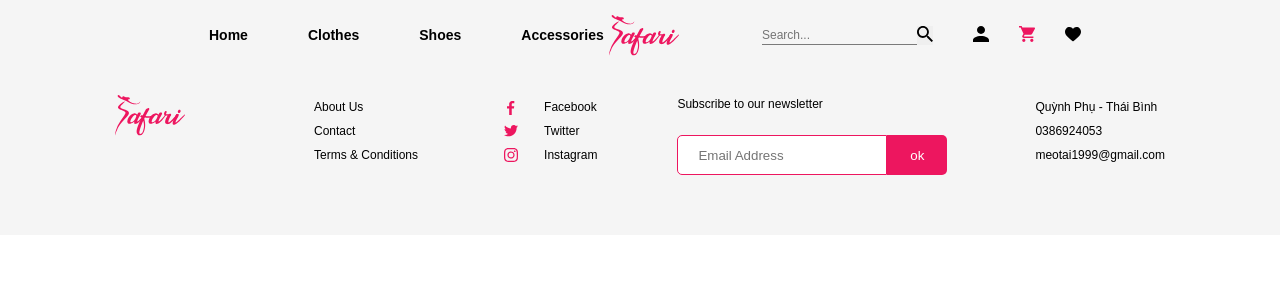
Repository: tboy1999/safari
Page: views/cart.html
The author's editor kept a copy of each file at every save. The page is drawn from the files as they stood at one save, then again after the next save.
The browser window is 1280 px wide. The pictures show the whole page.
Some web libraries are served in a nearby version. The style sheet was rebuilt from its Sass, Less or Tailwind sources for each picture, by a compiler version that may differ from the author's.

Above is the page before, as saved 2022-04-28 13:06:08.

### views/cart.html
<!DOCTYPE html>
<html lang="en">
<head>
  <meta charset="UTF-8">
  <meta http-equiv="X-UA-Compatible" content="IE=edge">
  <meta name="viewport" content="width=device-width, initial-scale=1.0">
  <title>cart safari</title>
  <link rel="shortcut icon" href="./image/logo/Logo.svg" type="image/x-icon">
  <link rel="preconnect" href="https://fonts.googleapis.com">
  <link rel="preconnect" href="https://fonts.gstatic.com" crossorigin>
  <link rel="stylesheet" href="https://cdnjs.cloudflare.com/ajax/libs/font-awesome/6.1.1/css/all.min.css" integrity="sha512-KfkfwYDsLkIlwQp6LFnl8zNdLGxu9YAA1QvwINks4PhcElQSvqcyVLLD9aMhXd13uQjoXtEKNosOWaZqXgel0g==" crossorigin="anonymous" referrerpolicy="no-referrer" />
  <link rel="stylesheet" href="../css/grid.css">
  <link rel="stylesheet" href="../css/cart.css">
</head>
<body>
  <header id="header" class="header">
    <div class="container">
      <div class="header__container facenter">
        <ul class="header__list facenter fz14-fw600">
          <li class="header__item"><a href="../index.html" class="header__link">Home</a></li>
          <li class="header__item"><a href="./clothes.html" class="header__link">Clothes</a></li>
          <li class="header__item"><a href="./shoes.html" class="header__link">Shoes</a></li>
          <li class="header__item"><a href="./accessories.html" class="header__link">Accessories</a></li>
        </ul>
        <form class="header__search facenter">
          <input type="text" placeholder="Search..." class="fz12">
          <button type="submit"><img src="../image/header/search.svg" alt=""></button>
        </form>
        <div class="header__feature facenter">
          <a href="./user.html">
            <svg width="16" height="16" viewBox="0 0 16 16" fill="inherit" xmlns="http://www.w3.org/2000/svg">
            <path d="M8 0C9.06087 0 10.0783 0.421427 10.8284 1.17157C11.5786 1.92172 12 2.93913 12 4C12 5.06087 11.5786 6.07828 10.8284 6.82843C10.0783 7.57857 9.06087 8 8 8C6.93913 8 5.92172 7.57857 5.17157 6.82843C4.42143 6.07828 4 5.06087 4 4C4 2.93913 4.42143 1.92172 5.17157 1.17157C5.92172 0.421427 6.93913 0 8 0ZM8 10C12.42 10 16 11.79 16 14V16H0V14C0 11.79 3.58 10 8 10Z"/>
            </svg>
          </a>
          <a href="#" class="header__feature--active">
            <svg width="16" height="16" viewBox="0 0 16 16" fill="inherit" xmlns="http://www.w3.org/2000/svg">
              <path d="M12.8 12.8C11.912 12.8 11.2 13.512 11.2 14.4C11.2 14.8243 11.3686 15.2313 11.6686 15.5314C11.9687 15.8314 12.3757 16 12.8 16C13.2243 16 13.6313 15.8314 13.9314 15.5314C14.2314 15.2313 14.4 14.8243 14.4 14.4C14.4 13.9757 14.2314 13.5687 13.9314 13.2686C13.6313 12.9686 13.2243 12.8 12.8 12.8ZM0 0V1.6H1.6L4.48 7.672L3.392 9.632C3.272 9.856 3.2 10.12 3.2 10.4C3.2 10.8243 3.36857 11.2313 3.66863 11.5314C3.96869 11.8314 4.37565 12 4.8 12H14.4V10.4H5.136C5.08296 10.4 5.03209 10.3789 4.99458 10.3414C4.95707 10.3039 4.936 10.253 4.936 10.2C4.936 10.16 4.944 10.128 4.96 10.104L5.68 8.8H11.64C12.24 8.8 12.768 8.464 13.04 7.976L15.904 2.8C15.96 2.672 16 2.536 16 2.4C16 2.18783 15.9157 1.98434 15.7657 1.83431C15.6157 1.68429 15.4122 1.6 15.2 1.6H3.368L2.616 0H0ZM4.8 12.8C3.912 12.8 3.2 13.512 3.2 14.4C3.2 14.8243 3.36857 15.2313 3.66863 15.5314C3.96869 15.8314 4.37565 16 4.8 16C5.22435 16 5.63131 15.8314 5.93137 15.5314C6.23143 15.2313 6.4 14.8243 6.4 14.4C6.4 13.9757 6.23143 13.5687 5.93137 13.2686C5.63131 12.9686 5.22435 12.8 4.8 12.8Z"/>
            </svg>
          </a>
          <a href="#">
            <svg width="16" height="15" viewBox="0 0 16 15" fill="inherit"
            xmlns="http://www.w3.org/2000/svg">
              <path d="M14.7307 1.39307C13.9025 0.494751 12.766 0 11.5304 0C10.6068 0 9.76099 0.291992 9.01636 0.867798C8.64062 1.15845 8.30017 1.51404 8 1.92908C7.69995 1.51416 7.35938 1.15845 6.98352 0.867798C6.23901 0.291992 5.39319 0 4.4696 0C3.23401 0 2.09741 0.494751 1.26917 1.39307C0.450806 2.28088 0 3.49377 0 4.80847C0 6.16162 0.504272 7.40027 1.58691 8.70667C2.55542 9.87524 3.94739 11.0615 5.55933 12.4352C6.10974 12.9043 6.73364 13.436 7.38147 14.0024C7.55261 14.1523 7.77222 14.2349 8 14.2349C8.22766 14.2349 8.44739 14.1523 8.61829 14.0027C9.26611 13.4362 9.89038 12.9042 10.441 12.4348C12.0527 11.0614 13.4447 9.87524 14.4132 8.70654C15.4958 7.40027 16 6.16162 16 4.80835C16 3.49377 15.5492 2.28088 14.7307 1.39307Z"/>
            </svg>
          </a>
        </div>
        <div class="header__logo">
          <a href="../index.html"><img src="../image/logo/Logo.svg" alt=""></a>
        </div>
      </div>
    </div>
  </header>

  <main id="cart" class="cart">
    <div class="container">
      <h1 class="cart__heading fz24">Shopping Cart (2 item)</h1>
    </div>
  </main>
  <footer class="footer">
    <div class="container">
      <div class="footer__container d-flex fz12">
        <div class="footer__logo">
          <a href="../index.html"><img src="../image/logo/Logo.svg" alt=""></a>
        </div>
        <div class="footer__body d-flex gap80">
          <ul class="footer__pages">
            <li class="footer__item fz12"><a href="#">About Us</a></li>
            <li class="footer__item fz12"><a href="#">Contact</a></li>
            <li class="footer__item fz12"><a href="#">Terms & Conditions</a></li>
          </ul>
          <ul class="footer__networks">
            <li class="footer__item facenter gap20">
              <div class="footer__icon flex-center">
                <a href="#" class="facenter"><img src="../image/footer/fb.svg" alt=""></a>
              </div>
              <p><a href="#">Facebook</a></p>
            </li>
            <li class="footer__item facenter gap20">
              <div class="footer__icon flex-center">
                <a href="#" class="facenter"><img src="../image/footer/twitter.svg" alt=""></a>
              </div>
              <p><a href="#">Twitter</a></p>
            </li>
            <li class="footer__item facenter gap20">
              <div class="footer__icon flex-center">
                <a href="#" class="facenter"><img src="../image/footer/instagram.svg" alt=""></a>
              </div>
              <p><a href="#">Instagram</a></p>
            </li>
          </ul>
          <div class="footer__input">
            <p>Subscribe to our newsletter</p>
            <form action="" class="facenter footer__form">
              <input type="text" placeholder="Email Address">
              <button type="submit">ok</button>
            </form>
          </div>
        </div>
        <div class="footer__info">
          <p>Quỳnh Phụ - Thái Bình</p>
          <p>0386924053</p>
          <p>meotai1999@gmail.com</p>
        </div>
      </div>
    </div>
  </footer>
</body>
</html>

### css/grid.css
.container {
    width: 100%;
    display: block;
    padding: 0 15px;
    max-width: 1470px;
    margin: 0 auto;
}
.row {
    display: flex;
    flex-wrap: wrap;
}

.row.no-gutters {
    margin-left: 0;
    margin-right: 0;
}
.row.no-gutters .col {
    padding-left: 0;
    padding-right: 0;
}
@media screen and (max-width: 575.98px) {

    .row {
        margin-left: -4px;
        margin-right: -4px;
    }


    .col {
        padding-left: 4px;
        padding-right: 4px;
    }


    .xs-0 {
        display: none;
    }

    .xs-1 {
        flex: 0 0 8.33333%;
        max-width: 8.33333%;
    }

    .xs-2 {
        flex: 0 0 16.66667%;
        max-width: 16.66667%;
    }

    .xs-3 {
        flex: 0 0 25%;
        max-width: 25%;
    }

    .xs-4 {
        flex: 0 0 33.33333%;
        max-width: 33.33333%;
    }

    .xs-5 {
        flex: 0 0 41.66667%;
        max-width: 41.66667%;
    }

    .xs-6 {
        flex: 0 0 50%;
        max-width: 50%;
    }

    .xs-7 {
        flex: 0 0 58.33333%;
        max-width: 58.33333%;
    }

    .xs-8 {
        flex: 0 0 66.66667%;
        max-width: 66.66667%;
    }

    .xs-9 {
        flex: 0 0 75%;
        max-width: 75%;
    }

    .xs-10 {
        flex: 0 0 83.33333%;
        max-width: 83.33333%;
    }

    .xs-11 {
        flex: 0 0 91.66667%;
        max-width: 91.66667%;
    }

    .xs-12 {
        flex: 0 0 100%;
        max-width: 100%;
    }

    .xs-o-1 {
        margin-left: 8.33333%;
    }

    .xs-o-2 {
        margin-left: 16.66667%;
    }

    .xs-o-3 {
        margin-left: 25%;
    }

    .xs-o-4 {
        margin-left: 33.33333%;
    }

    .xs-o-5 {
        margin-left: 41.66667%;
    }

    .xs-o-6 {
        margin-left: 50%;
    }

    .xs-o-7 {
        margin-left: 58.33333%;
    }

    .xs-o-8 {
        margin-left: 66.66667%;
    }

    .xs-o-9 {
        margin-left: 75%;
    }

    .xs-o-10 {
        margin-left: 83.33333%;
    }

    .xs-o-11 {
        margin-left: 91.66667%;
    }
}



@media (min-width: 576px) and (max-width: 767.98px) {
    .row {
        margin-left: -6px;
        margin-right: -6px;
    }
    .col {
        padding-left: 6px;
        padding-right: 6px;
    }
    .sm-0 {
        display: none;
    }
    .sm-1,
    .sm-2,
    .sm-3,
    .sm-4,
    .sm-5,
    .sm-6,
    .sm-7,
    .sm-8,
    .sm-9,
    .sm-10,
    .sm-11,
    .sm-12 {
        display: block;
    }
    .sm-1 {
        flex: 0 0 8.33333%;
        max-width: 8.33333%;
    }
    .sm-2 {
        flex: 0 0 16.66667%;
        max-width: 16.66667%;
    }
    .sm-3 {
        flex: 0 0 25%;
        max-width: 25%;
    }
    .sm-4 {
        flex: 0 0 33.33333%;
        max-width: 33.33333%;
    }
    .sm-5 {
        flex: 0 0 41.66667%;
        max-width: 41.66667%;
    }
    .sm-6 {
        flex: 0 0 50%;
        max-width: 50%;
    }
    .sm-7 {
        flex: 0 0 58.33333%;
        max-width: 58.33333%;
    }
    .sm-8 {
        flex: 0 0 66.66667%;
        max-width: 66.66667%;
    }
    .sm-9 {
        flex: 0 0 75%;
        max-width: 75%;
    }
    .sm-10 {
        flex: 0 0 83.33333%;
        max-width: 83.33333%;
    }
    .sm-11 {
        flex: 0 0 91.66667%;
        max-width: 91.66667%;
    }
    .sm-12 {
        flex: 0 0 100%;
        max-width: 100%;
    }
    .sm-o-1 {
        margin-left: 8.33333%;
    }
    .sm-o-2 {
        margin-left: 16.66667%;
    }
    .sm-o-3 {
        margin-left: 25%;
    }
    .sm-o-4 {
        margin-left: 33.33333%;
    }
    .sm-o-5 {
        margin-left: 41.66667%;
    }
    .sm-o-6 {
        margin-left: 50%;
    }
    .sm-o-7 {
        margin-left: 58.33333%;
    }
    .sm-o-8 {
        margin-left: 66.66667%;
    }
    .sm-o-9 {
        margin-left: 75%;
    }
    .sm-o-10 {
        margin-left: 83.33333%;
    }
    .sm-o-11 {
        margin-left: 91.66667%;
    }
}

/* >= Tablet */

@media (min-width: 768px) and (max-width: 1023.98px) {
    .container {
        width: 644px;
    }
    .row {
        margin-left: -8px;
        margin-right: -8px;
    }
    .col {
        padding-left: 8px;
        padding-right: 8px;
    }
    .md-0 {
        display: none;
    }
    .md-1,
    .md-2,
    .md-3,
    .md-4,
    .md-5,
    .md-6,
    .md-7,
    .md-8,
    .md-9,
    .md-10,
    .md-11,
    .md-12 {
        display: block;
    }
    .md-1 {
        flex: 0 0 8.33333%;
        max-width: 8.33333%;
    }
    .md-2 {
        flex: 0 0 16.66667%;
        max-width: 16.66667%;
    }
    .md-3 {
        flex: 0 0 25%;
        max-width: 25%;
    }
    .md-4 {
        flex: 0 0 33.33333%;
        max-width: 33.33333%;
    }
    .md-5 {
        flex: 0 0 41.66667%;
        max-width: 41.66667%;
    }
    .md-6 {
        flex: 0 0 50%;
        max-width: 50%;
    }
    .md-7 {
        flex: 0 0 58.33333%;
        max-width: 58.33333%;
    }
    .md-8 {
        flex: 0 0 66.66667%;
        max-width: 66.66667%;
    }
    .md-9 {
        flex: 0 0 75%;
        max-width: 75%;
    }
    .md-10 {
        flex: 0 0 83.33333%;
        max-width: 83.33333%;
    }
    .md-11 {
        flex: 0 0 91.66667%;
        max-width: 91.66667%;
    }
    .md-12 {
        flex: 0 0 100%;
        max-width: 100%;
    }
    .md-o-1 {
        margin-left: 8.33333%;
    }
    .md-o-2 {
        margin-left: 16.66667%;
    }
    .md-o-3 {
        margin-left: 25%;
    }
    .md-o-4 {
        margin-left: 33.33333%;
    }
    .md-o-5 {
        margin-left: 41.66667%;
    }
    .md-o-6 {
        margin-left: 50%;
    }
    .md-o-7 {
        margin-left: 58.33333%;
    }
    .md-o-8 {
        margin-left: 66.66667%;
    }
    .md-o-9 {
        margin-left: 75%;
    }
    .md-o-10 {
        margin-left: 83.33333%;
    }
    .md-o-11 {
        margin-left: 91.66667%;
    }
}

/* > PC low resolution */

@media (min-width: 1024px) and (max-width: 1279.98px) {
    .container {
        width: 984px;
    }
    .row {
        margin-left: -12px;
        margin-right: -12px;
    }
    .col {
        padding-left: 12px;
        padding-right: 12px;
    }
    .lg-0 {
        display: none;
    }
    .lg-1,
    .lg-2,
    .lg-2-4,
    .lg-3,
    .lg-4,
    .lg-5,
    .lg-6,
    .lg-7,
    .lg-8,
    .lg-9,
    .lg-10,
    .lg-11,
    .lg-12 {
        display: block;
    }
    .lg-1 {
        flex: 0 0 8.33333%;
        max-width: 8.33333%;
    }
    .lg-2 {
        flex: 0 0 16.66667%;
        max-width: 16.66667%;
    }
    .lg-2-4 {
        flex: 0 0 20%;
        max-width: 20%;
    }
    .lg-3 {
        flex: 0 0 25%;
        max-width: 25%;
    }
    .lg-4 {
        flex: 0 0 33.33333%;
        max-width: 33.33333%;
    }
    .lg-5 {
        flex: 0 0 41.66667%;
        max-width: 41.66667%;
    }
    .lg-6 {
        flex: 0 0 50%;
        max-width: 50%;
    }
    .lg-7 {
        flex: 0 0 58.33333%;
        max-width: 58.33333%;
    }
    .lg-8 {
        flex: 0 0 66.66667%;
        max-width: 66.66667%;
    }
    .lg-9 {
        flex: 0 0 75%;
        max-width: 75%;
    }
    .lg-10 {
        flex: 0 0 83.33333%;
        max-width: 83.33333%;
    }
    .lg-11 {
        flex: 0 0 91.66667%;
        max-width: 91.66667%;
    }
    .lg-12 {
        flex: 0 0 100%;
        max-width: 100%;
    }
    .lg-o-1 {
        margin-left: 8.33333%;
    }
    .lg-o-2 {
        margin-left: 16.66667%;
    }
    .lg-o-3 {
        margin-left: 25%;
    }
    .lg-o-4 {
        margin-left: 33.33333%;
    }
    .lg-o-5 {
        margin-left: 41.66667%;
    }
    .lg-o-6 {
        margin-left: 50%;
    }
    .lg-o-7 {
        margin-left: 58.33333%;
    }
    .lg-o-8 {
        margin-left: 66.66667%;
    }
    .lg-o-9 {
        margin-left: 75%;
    }
    .lg-o-10 {
        margin-left: 83.33333%;
    }
    .lg-o-11 {
        margin-left: 91.66667%;
    }
}


@media (min-width: 1280px) and (max-width: 1535.98px) {
    .container {
        width: 1200px;
    }
    .row {
        margin-left: -12px;
        margin-right: -12px;
    }
    .col {
        padding-left: 12px;
        padding-right: 12px;
    }
    .xl-0 {
        display: none;
    }
    .xl-1,
    .xl-2,
    .xl-2-4,
    .xl-3,
    .xl-4,
    .xl-5,
    .xl-6,
    .xl-7,
    .xl-8,
    .xl-9,
    .xl-10,
    .xl-11,
    .xl-12 {
        display: block;
    }
    .xl-1 {
        flex: 0 0 8.33333%;
        max-width: 8.33333%;
    }
    .xl-2 {
        flex: 0 0 16.66667%;
        max-width: 16.66667%;
    }
    .xl-2-4 {
        flex: 0 0 20%;
        max-width: 20%;
    }
    .xl-3 {
        flex: 0 0 25%;
        max-width: 25%;
    }
    .xl-4 {
        flex: 0 0 33.33333%;
        max-width: 33.33333%;
    }
    .xl-5 {
        flex: 0 0 41.66667%;
        max-width: 41.66667%;
    }
    .xl-6 {
        flex: 0 0 50%;
        max-width: 50%;
    }
    .xl-7 {
        flex: 0 0 58.33333%;
        max-width: 58.33333%;
    }
    .xl-8 {
        flex: 0 0 66.66667%;
        max-width: 66.66667%;
    }
    .xl-9 {
        flex: 0 0 75%;
        max-width: 75%;
    }
    .xl-10 {
        flex: 0 0 83.33333%;
        max-width: 83.33333%;
    }
    .xl-11 {
        flex: 0 0 91.66667%;
        max-width: 91.66667%;
    }
    .xl-12 {
        flex: 0 0 100%;
        max-width: 100%;
    }
    .xl-o-1 {
        margin-left: 8.33333%;
    }
    .xl-o-2 {
        margin-left: 16.66667%;
    }
    .xl-o-3 {
        margin-left: 25%;
    }
    .xl-o-4 {
        margin-left: 33.33333%;
    }
    .xl-o-5 {
        margin-left: 41.66667%;
    }
    .xl-o-6 {
        margin-left: 50%;
    }
    .xl-o-7 {
        margin-left: 58.33333%;
    }
    .xl-o-8 {
        margin-left: 66.66667%;
    }
    .xl-o-9 {
        margin-left: 75%;
    }
    .xl-o-10 {
        margin-left: 83.33333%;
    }
    .xl-o-11 {
        margin-left: 91.66667%;
    }
}

@media (min-width: 1536px) {
    .container {
        width: 1440px;
    }
    .row {
        margin-left: -25px;
        margin-right: -25px;
    }
    .col {
        padding-left: 25px;
        padding-right: 25px;
    }
    .xxl-0 {
        display: none;
    }
    .xxl-1,
    .xxl-2,
    .xxl-2-4,
    .xxl-3,
    .xxl-4,
    .xxl-5,
    .xxl-6,
    .xxl-7,
    .xxl-8,
    .xxl-9,
    .xxl-10,
    .xxl-11,
    .xxl-12 {
        display: block;
    }
    .xxl-1 {
        flex: 0 0 8.33333%;
        max-width: 8.33333%;
    }
    .xxl-2 {
        flex: 0 0 16.66667%;
        max-width: 16.66667%;
    }
    .xxl-2-4 {
        flex: 0 0 20%;
        max-width: 20%;
    }
    .xxl-3 {
        flex: 0 0 25%;
        max-width: 25%;
    }
    .xxl-4 {
        flex: 0 0 33.33333%;
        max-width: 33.33333%;
    }
    .xxl-5 {
        flex: 0 0 41.66667%;
        max-width: 41.66667%;
    }
    .xxl-6 {
        flex: 0 0 50%;
        max-width: 50%;
    }
    .xxl-7 {
        flex: 0 0 58.33333%;
        max-width: 58.33333%;
    }
    .xxl-8 {
        flex: 0 0 66.66667%;
        max-width: 66.66667%;
    }
    .xxl-9 {
        flex: 0 0 75%;
        max-width: 75%;
    }
    .xxl-10 {
        flex: 0 0 83.33333%;
        max-width: 83.33333%;
    }
    .xxl-11 {
        flex: 0 0 91.66667%;
        max-width: 91.66667%;
    }
    .xxl-12 {
        flex: 0 0 100%;
        max-width: 100%;
    }
    .xxl-o-1 {
        margin-left: 8.33333%;
    }
    .xxl-o-2 {
        margin-left: 16.66667%;
    }
    .xxl-o-3 {
        margin-left: 25%;
    }
    .xxl-o-4 {
        margin-left: 33.33333%;
    }
    .xxl-o-5 {
        margin-left: 41.66667%;
    }
    .xxl-o-6 {
        margin-left: 50%;
    }
    .xxl-o-7 {
        margin-left: 58.33333%;
    }
    .xxl-o-8 {
        margin-left: 66.66667%;
    }
    .xxl-o-9 {
        margin-left: 75%;
    }
    .xxl-o-10 {
        margin-left: 83.33333%;
    }
    .xxl-o-11 {
        margin-left: 91.66667%;
    }
}

### scss/cart.scss
@import 'reset';
@import 'variable';
@import 'global';
@import 'alike';
@import 'header';
@import 'footer';

### scss/_reset.scss
* {
  padding: 0;
  margin: 0;
  box-sizing: border-box;
}

html:focus-within {
  scroll-behavior: smooth;
}

a,
button {
  display: block;
  outline: none;
  border: none;
  text-decoration: none;
  color: inherit;
  cursor: pointer;
}

input {
  outline: none;
}

ul {
  list-style-type: none;
}

// img {
//   width: 100%;
//   height: 100%;
//   object-fit: cover;
// }

### scss/_variable.scss
$text-color: #686868;
$primary-color: #ED165F;

$header-background-color: #F5F5F5;
$footer-background-color: #F5F5F5;

### scss/_global.scss
html {
  font-size: 10px;
  line-height: 1;
  scroll-behavior: smooth !important;
}

body {
  font-family: 'Mulish', sans-serif;
}

body .auto-top {
  display: none;
  position: fixed;
  right: 50px;
  top: 50%;
  width: 60px;
  height: 50px;
  border: 1px solid #000000;
  border-radius: 5px;
  animation: autoTop 2s ease-in-out;
  animation-iteration-count: infinite;
}
@keyframes autoTop {
  from {
    transform: translateY(0)
  }
  to {
    transform: translateY(-20px)
  }
}

.facenter {
  display: flex;
  align-items: center;
}

.facb {
  display:flex;
  justify-content: space-between;
  align-items: center;
}

.flex-center {
  display: flex;
  justify-content: center;
  align-items: center;
}

.d-flex {
  display: flex;
  flex-wrap: wrap;
}

.flex-column {
  display: flex;
  flex-direction: column;
}

.gap64 {
  gap: 64px 0
}

.gap80 {
  gap: 0 80px
}

.gap20 {
  gap: 0 20px
}

.gap16 {
  gap: 16px
}
.gap8 {
  gap: 8px
}

### scss/_alike.scss
.fz40 {
  font-weight: 700;
  font-size: 4rem;
  line-height: calc(24/40);
}

.fz30 {
  font-weight: 600;
  font-size: 30px;
}


.fz24 {
  font-weight: 400;
  font-size: 2.4rem;
  line-height: calc(35/24);
}

.fz20 {
  font-weight: 400;
  font-size: 2rem;
  line-height: calc(23/20);
  &-fw800 {
    font-weight: 800;
    font-size: 2rem;
    line-height: calc(23/20);
  }
}

.fz18 {
  font-weight: 800;
  font-size: 1.8rem;
  line-height: calc(24/18);
}

.fz16 {
  font-weight: 600;
  font-size: 1.6rem;
  line-height: calc(18/16);
  color: $text-color;
}

.fz14 {
  font-weight: 400;
  font-size: 1.4rem;
  line-height: calc(18/14);
  &-fw600 {
    font-weight: 600;
    font-size: 1.4rem;
    line-height: calc(18/14);
  }
}

.fz12 {
  font-weight: 400;
  font-size: 1.2rem;
  line-height: calc(18/12);
}

.fz10 {
  font-weight: 700;
  font-size: 1rem;
  line-height: calc(18/10);
}

### scss/_header.scss
.header {
  position: fixed;
  top: 0;
  left: 0;
  right: 0;
  z-index: 99999;
  background-color: $header-background-color;
  &__container {
    height: 70px;
    padding: 0 144px;
  }
  &__list {
    gap: 0 40px;
    flex: 1
  }
  &__search {
    input {
      border:none;
      border-bottom: 1px solid rgba(0, 0, 0, 0.5);
      color: rgba(0, 0, 0, 0.5);
      background-color: inherit;
    }
  }
  &__link {
    padding: 6px 10px;
    transition: all 0.2s linear;
    position: relative;
    &::after {
      content: "";
      position: absolute;
      width: 0;
      left: auto;
      right: 0;
      bottom: 0;
      height: 1px;
      transition: all 0.2s linear;
      background-color: red;
    }
    &:hover {
      color: $primary-color;
      &::after {
        width: 100%;
        right: auto;
        left: 0
      }
    }
    &.header__item--active {
      color: $primary-color;
      font-weight: 800;
      &::after {
        width: 100%;
      }
    }
  }
  &__feature {
    gap: 0 30px;
    margin-left: 40px;
    .header__feature--active {
      fill: $primary-color;
    }
  }
  &__logo {
    position: absolute;
    left: 47.57%;
    right: 47.57%;
    top: 21.43%;
    bottom: 20.93%;
  }
}

### scss/_footer.scss
.footer {
  background-color: $footer-background-color;
  &__container {
    padding: 60px;
  }
  &__pages {
    margin-left: 129px;
    a {
      padding: 3px 0;
    }
  }
  &__networks {
    a {
      padding: 3px 0
    }
  }
  &__icon {
    width: 26px
  }
  &__body {
    flex: 1
  }
  &__form {
    margin-top: 22px;
    width: 270px;
    height: 40px;
    border-radius: 5px;
    input {
      border: 1px solid $primary-color;
      padding: 0 0 0 20px;
      height: inherit;
      flex: 1;
      border-top-left-radius: 5px;
      border-bottom-left-radius: 5px;
    }
    button {
      width: 60px;
      height: inherit;
      background-color: $primary-color;
      color: #fff;
      border-top-right-radius: 5px;
      border-bottom-right-radius: 5px;
    }
  }
  &__info {
    p {
      padding: 3px 0
    }
  }
}

After the next save:
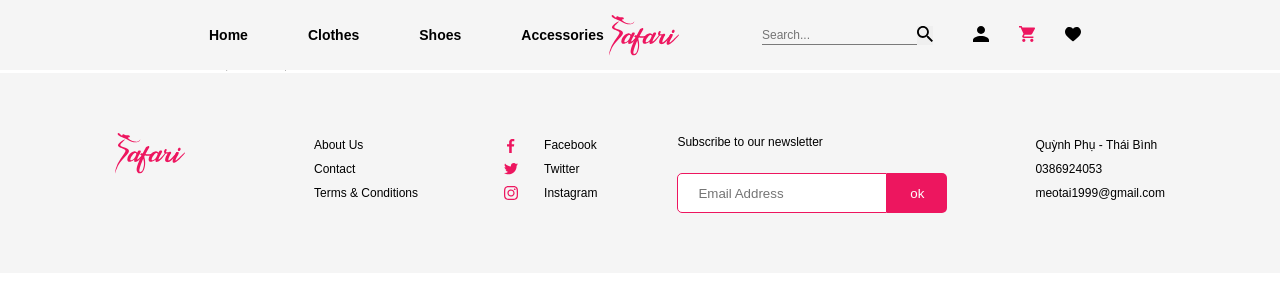
Saved 4 min 21 s later.
--- a/views/cart.html
+++ b/views/cart.html
@@ -54,6 +54,30 @@
   <main id="cart" class="cart">
     <div class="container">
       <h1 class="cart__heading fz24">Shopping Cart (2 item)</h1>
+      <table>
+        <thead>
+          <tr>
+            <th>ITEM DESCRIPTION</th>
+            <th>QUANTITY</th>
+            <th>UNIT PRICE</th>
+            <th>SUB TOTAL</th>
+          </tr>
+        </thead>
+        <tbody>
+          <tr>
+            <td></td>
+            <td>1</td>
+            <td>₦10,000</td>
+            <td>₦10,000</td>
+          </tr>
+          <tr>
+            <td></td>
+            <td>1</td>
+            <td>₦10,000</td>
+            <td>₦10,000</td>
+          </tr>
+        </tbody>
+      </table>
     </div>
   </main>
   <footer class="footer">
